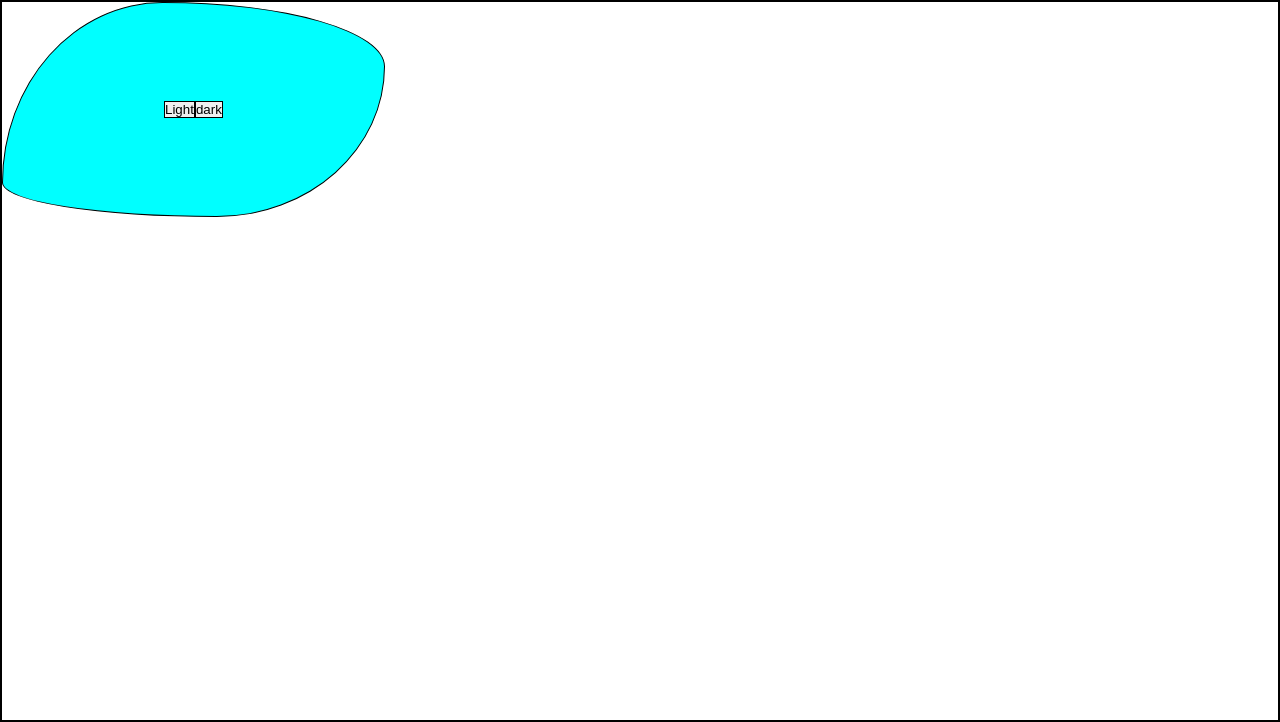
Repository: Yuukicoder/basicProject
Page: project1.html
These files come from the project's save history. The page is drawn as it stood at one moment and after the next save; the edit follows.
The browser window is 1280 px wide. The pictures show the whole page.

Above is the page before, as saved 2023-02-24 22:31:27.

After the next save:
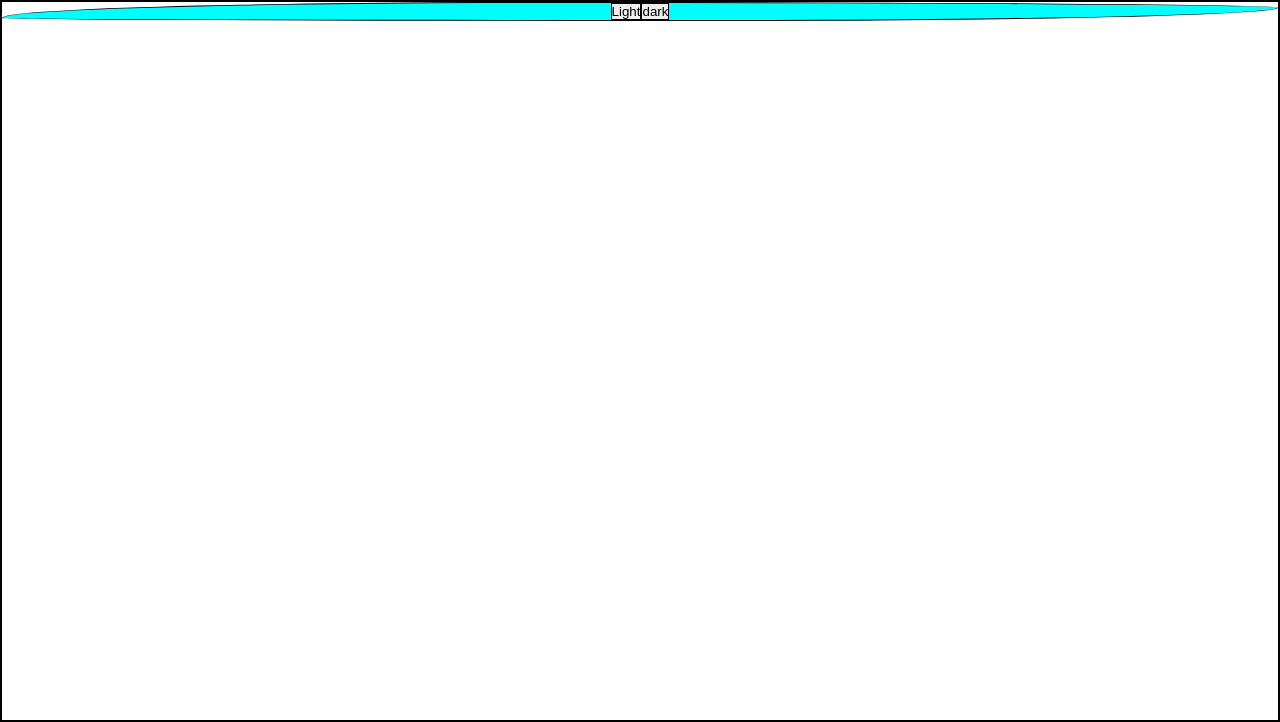
Saved 10 s later.
--- a/assets/css/project1.css
+++ b/assets/css/project1.css
@@ -8,8 +8,8 @@ body {
   height: 100vh;
 }
 .box {
-  height: 30%;
-  width: 30%;
+  /* height: 30%;
+  width: 30%; */
   background-color: aqua;
   border-radius: 42% 58% 44% 56% / 84% 30% 70% 16%;
   display: flex;
